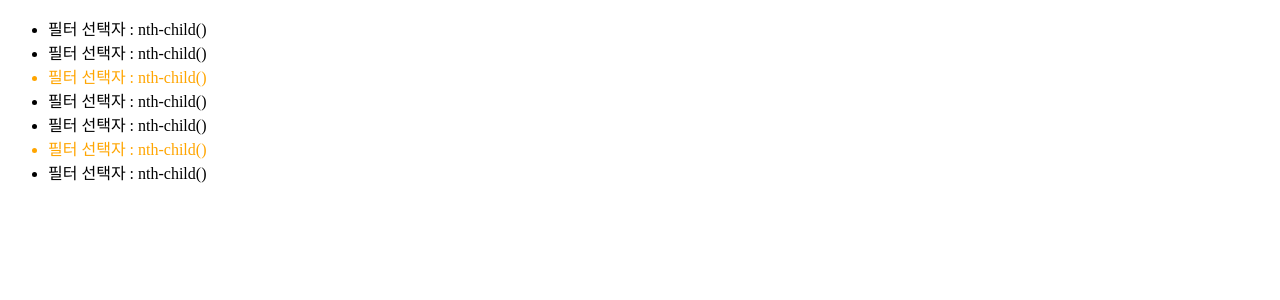
Repository: KangSuA/JSP
Page: webApp/src/main/webapp/jquery/jq05_select.html
An editor plug-in stored every save of this project. The page is shown before and after the next save, followed by the edit.
The browser window is 1280 px wide. The pictures show the whole page.

Above is the page before, as saved 2023-02-14 06:25:46.

After the next save:
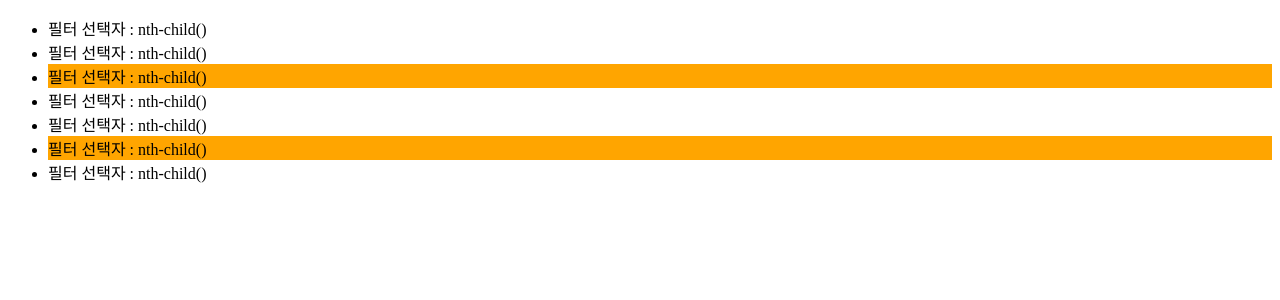
Saved 22 s later.
--- a/webApp/src/main/webapp/jquery/jq05_select.html
+++ b/webApp/src/main/webapp/jquery/jq05_select.html
@@ -11,7 +11,7 @@
 </style>
 <script>
 	$(function(){
-		$("#f>li:nth-child(3n)").css('color','orange');
+		$("#f>li:nth-child(3n)").css('background','orange');
 
 		//addClass() - 클래스 추가
 		//remobeClass() - 클래스 지우기
